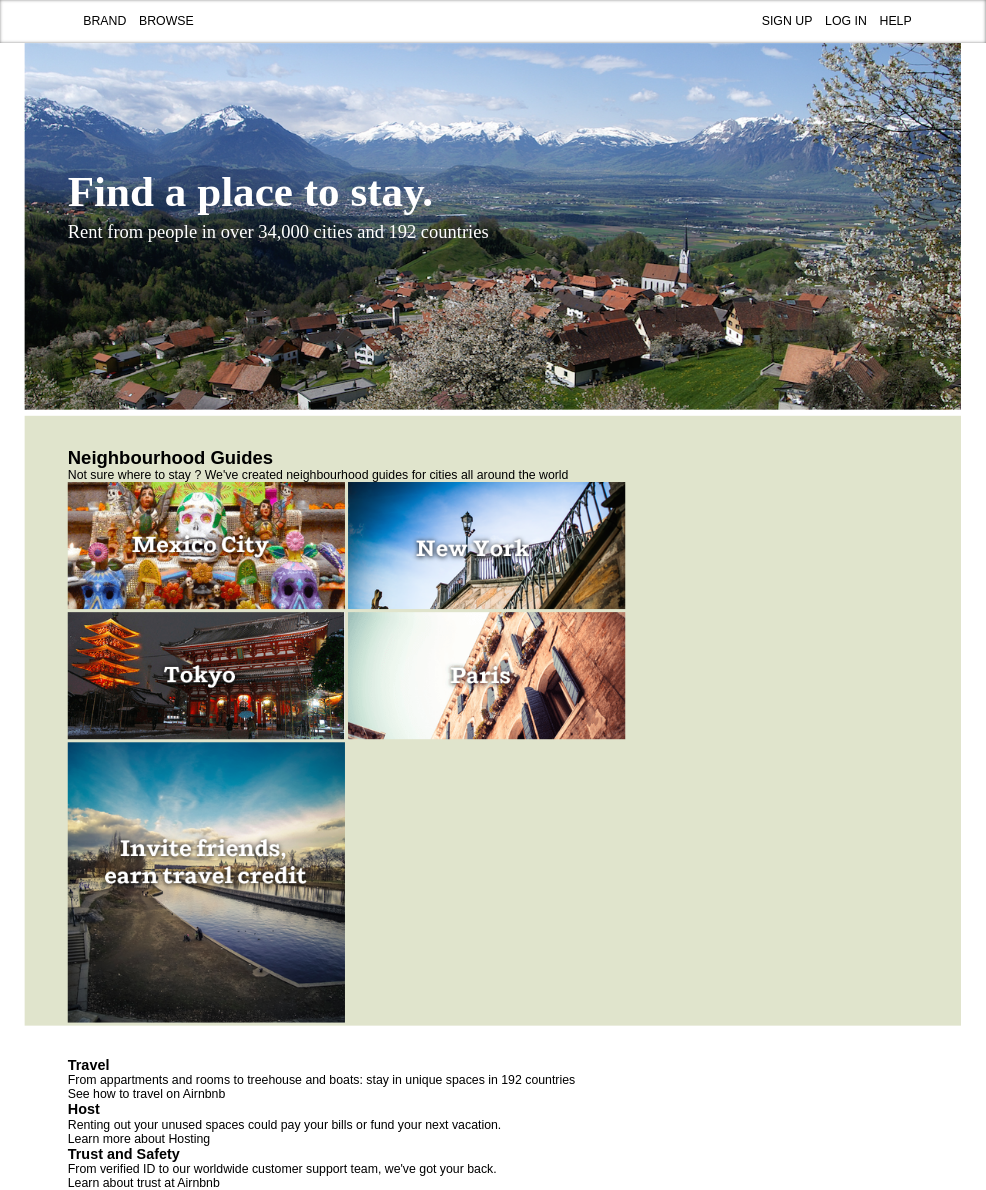
Repository: Naohonproject/web101x02_asm1
Page: Project2.html
An editor plug-in stored every save of this project. The page is shown before and after the next save, followed by the edit.
The browser window is 1280 px wide. The pictures show the whole page, at 77% of full size.

Above is the page before, as saved 2022-01-15 19:28:11.

After the next save:
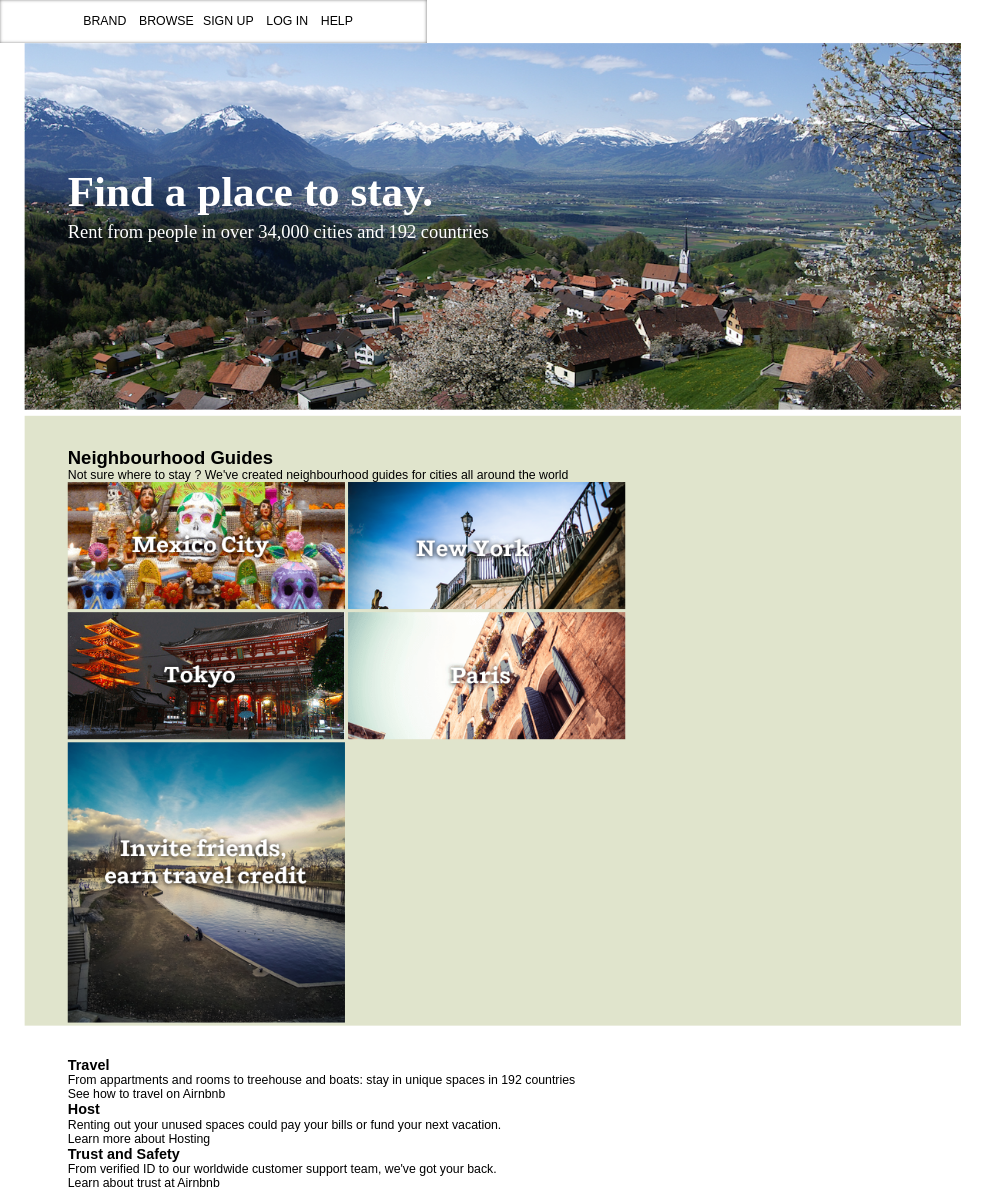
Saved 23 s later.
--- a/assets/css/style.css
+++ b/assets/css/style.css
@@ -61,7 +61,7 @@
 /* start styling header */
 #header {
 	height: 56px;
-	width: 100%;
+	width: 100%- 64px;
 	background-color: #fff;
 	background-clip: border-box;
 	color: #000;

After the save that followed:
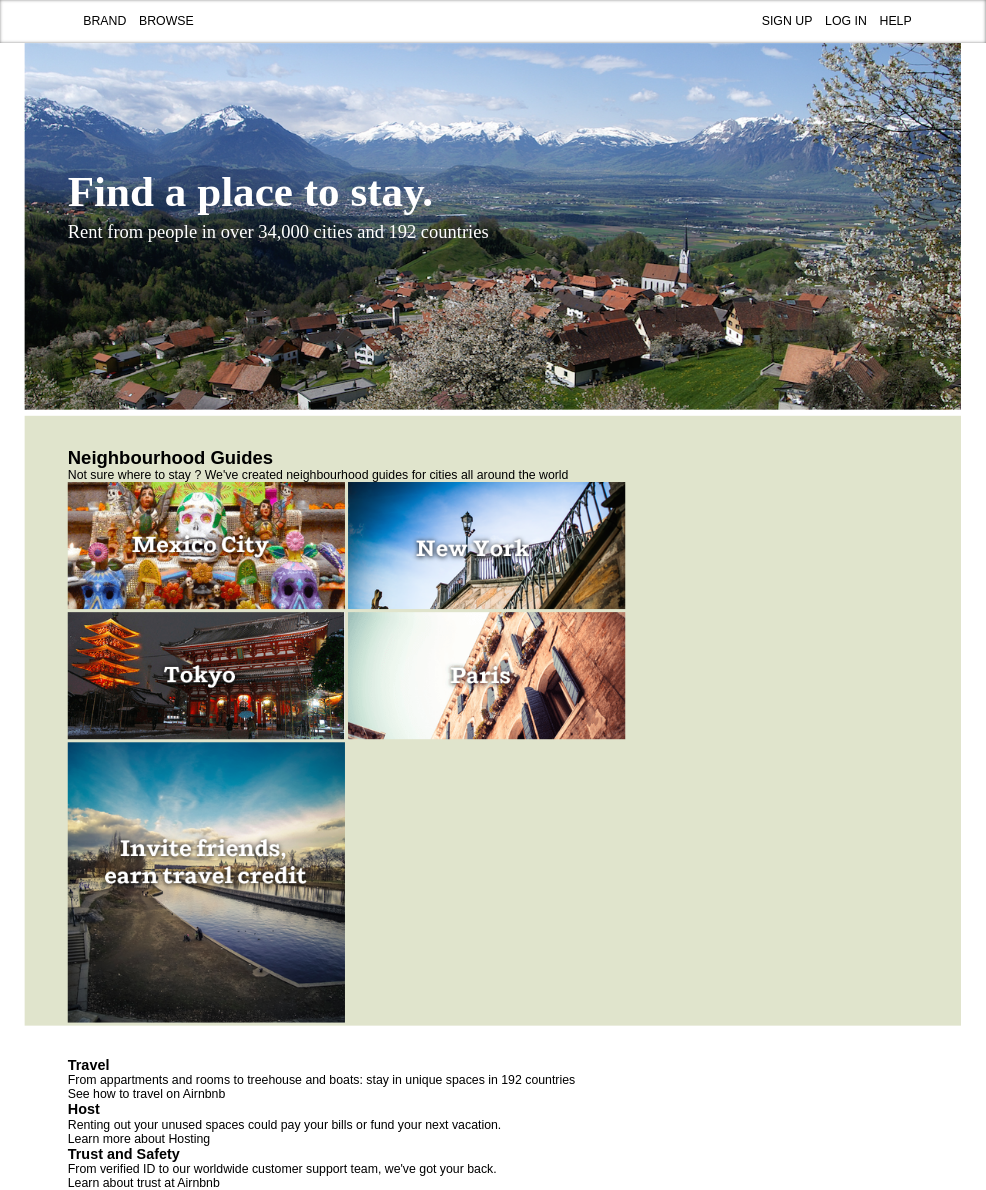
Saved 15 s later.
--- a/assets/css/style.css
+++ b/assets/css/style.css
@@ -61,7 +61,7 @@
 /* start styling header */
 #header {
 	height: 56px;
-	width: 100%- 64px;
+	width: 100%;
 	background-color: #fff;
 	background-clip: border-box;
 	color: #000;
